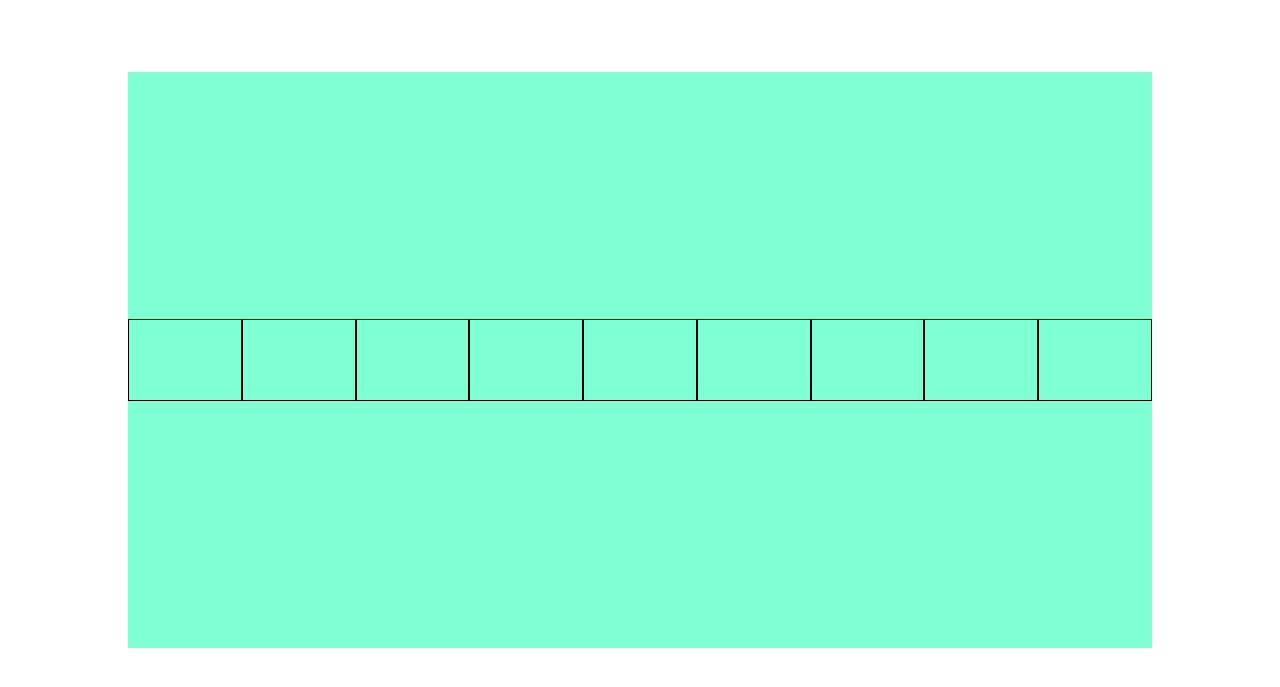
Repository: lidkaa/devTasks
Page: 0. Zadania Testowe/zadania/FlexboxCentered.html
These files come from the project's save history. The page is drawn as it stood at one moment and after the next save; the edit follows.
The browser window is 1280 px wide. The pictures show the whole page.

Above is the page before, as saved 2022-01-31 13:05:23.

### 0. Zadania Testowe/zadania/FlexboxCentered.html
<!DOCTYPE html>
<html lang="en">
<head>
    <meta charset="UTF-8">
    <meta http-equiv="X-UA-Compatible" content="IE=edge">
    <meta name="viewport" content="width=device-width, initial-scale=1.0">
    <link rel="stylesheet" type="text/css" href="flexboxcentered.css">
    <title>Document</title>
</head>
<body>
    <div class="presentation">
        <ul class="cells">
            <li class="cell">
                <img/>
            </li>
            <li class="cell">
                <img/>
            </li>
            <li class="cell">
                <img/>
            </li>
            <li class="cell">
                <img/>
            </li>
            <li class="cell">
                <img/>
            </li>
            <li class="cell">
                <img/>
            </li>
            <li class="cell">
                <img/>
            </li>
            <li class="cell">
                <img/>
            </li>
            <li class="cell">
                <img/>
            </li>
        </ul>
    </div>
</body>
</html>

### 0. Zadania Testowe/zadania/flexboxcentered.css
* {
    margin: 0;
    padding: 0;
}

.presentation {
    position: fixed;
    height: 100vh;
    width: 100vw;
    display: flex;
    justify-content: center;
    align-items: center;
}

.cells {
    display: flex;
    justify-content: center;
    align-items: center;
    list-style-type: none;
    height: 80vh;
    width: 80vw;
    background-color: aquamarine;
}

.cell {
    height: 5em;
    width: 10em;
    border: 1px solid black;
}

After the next save:
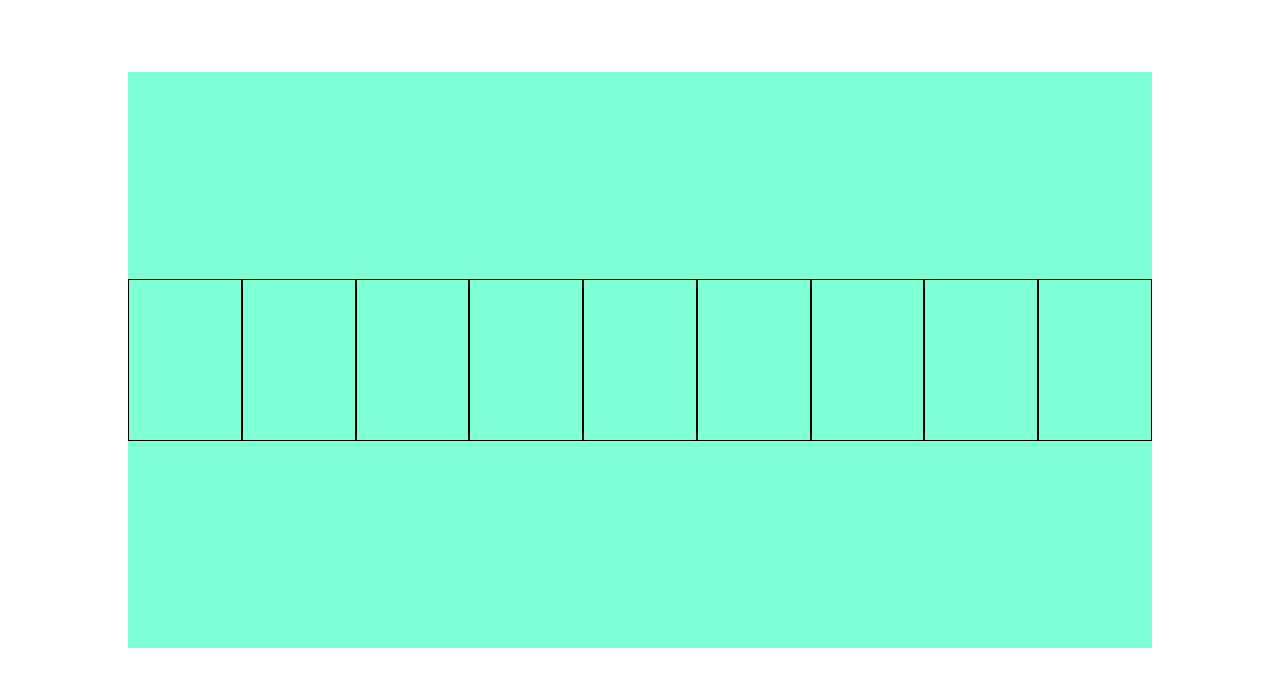
Saved 12 s later.
--- a/0. Zadania Testowe/zadania/flexboxcentered.css
+++ b/0. Zadania Testowe/zadania/flexboxcentered.css
@@ -23,7 +23,7 @@
 }
 
 .cell {
-    height: 5em;
-    width: 10em;
+    height: 10em;
+    width: 15em;
     border: 1px solid black;
 }
